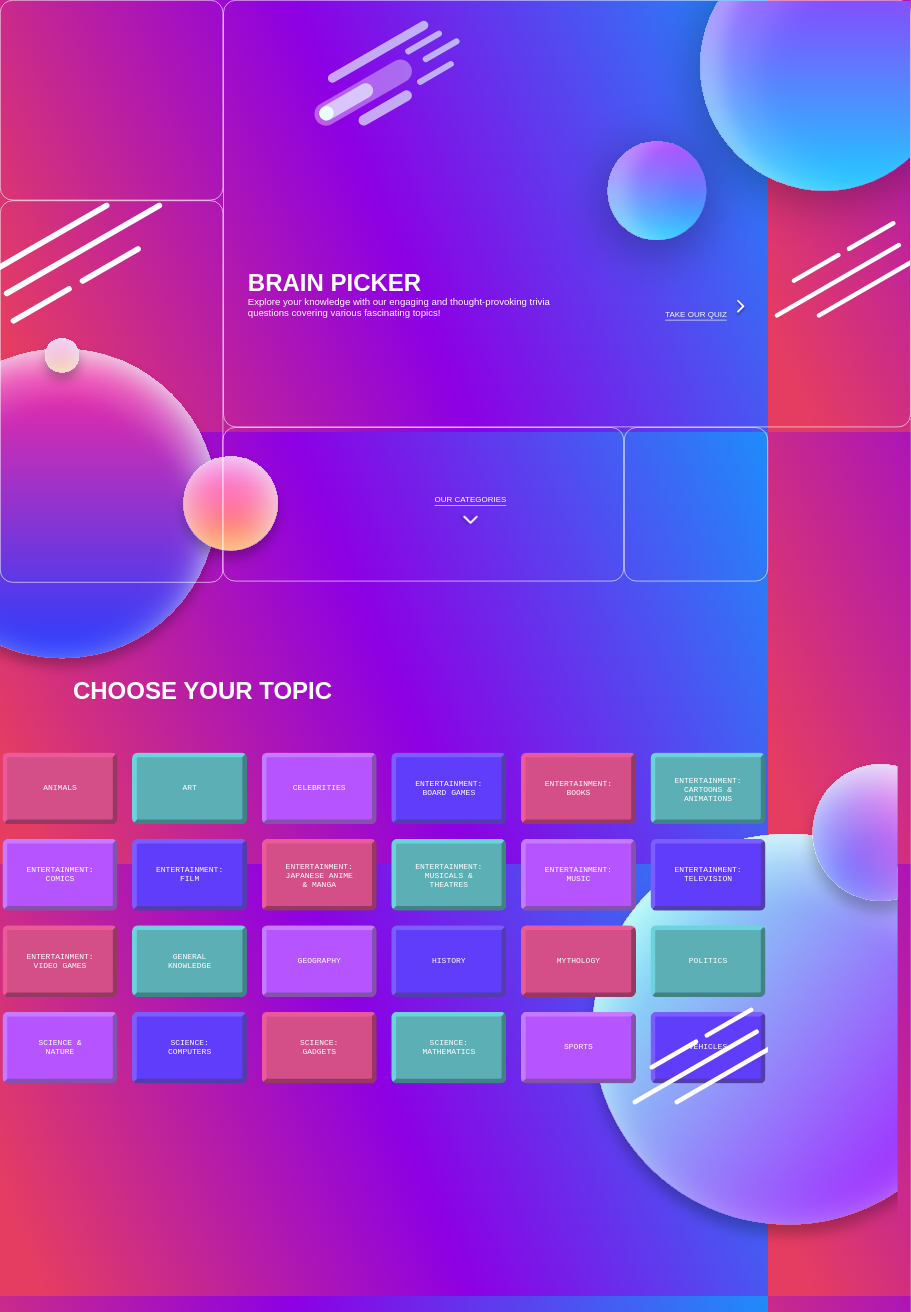
Repository: pjiang604/COMP-2170_Final-Project
Page: index.html
The author's editor kept a copy of each file at every save. The page is drawn from the files as they stood at one save, then again after the next save.
The browser window is 1280 px wide. The page is 1518 px wide, so the pictures cover 1518 px, including what lies to the right of the window. The pictures show the whole page, at 60% of full size.
Backgrounds fixed to the window are drawn as part of the page.

Above is the page before, as saved 2023-04-30 13:41:26.

### index.html
<!DOCTYPE html>
<html lang="en">
  <head>
    <meta charset="UTF-8">
    <meta http-equiv="X-UA-Compatible" content="IE=edge">
    <meta name="viewport" content="width=device-width, initial-scale=1.0">
    <link rel="stylesheet" href="style.css">
    <title> Brain Picker </title>
    <script src="/easy.js"></script>
    <script src="/medium.js"></script>
    <script src="/hard.js"></script>
  </head>
  <body>
    <div class="container">
      <div class="graphic__left">
        <img class="bottom__left_sphere" src="/Assets/bg_graphics/bottom_left_sphere_group.svg" alt="">
        <img class="left__shooting_star" src="/Assets/bg_graphics/shooting_star_left.svg" alt="">
      </div>
      <div class="left__containers">
        <div class="left__container_top"></div>
        <div class="left__container_bottom"></div>
      </div>
      <div class="quiz__container">
        <div class="left__content">
          <h1> BRAIN PICKER </h1>
          <p> Explore your knowledge with our engaging and thought-provoking trivia questions covering various fascinating topics! </p>
        </div>
        <div class="right__content">
          <div class="graphics">
            <img class="shooting__star_top" src="/Assets/bg_graphics/shooting_star_alt.svg" alt="">
            <img class="top__right_sphere" src="/Assets/bg_graphics/top_right_sphere_group.svg" alt="">
            <img class="star__right" src="/Assets/bg_graphics/shooting_star_right.svg" alt="">
          </div>
          <div class="quiz__button">
            <a href="#">
              <button class="take__quiz_button"> TAKE OUR QUIZ </button>
              <img class="quiz__arrow" src="/Assets/buttons/arrow-head.svg" alt="">
            </a>
          </div>
        </div>
      </div>
    </div>
    <div class="bottom__containers">
      <div class="bottom__container_left">
        <a href="#">
          <button class="categories__button"> OUR CATEGORIES </button>
        </a>
        <img class="categories__arrow" src="/Assets/buttons/arrow-head.svg" alt="" width="30px">
      </div>
      <div class="bottom__container_right"></div>
    </div>

    <div class="categories__section">
      <h1 class="topics_header">CHOOSE YOUR TOPIC</h1>

      <div class="categories_container">
        <button class='topic_button1' id="animals">animals</button>
        <button class='topic_button2' id="art">art</button>
        <button class='topic_button3' id="celebrities">celebrities</button>
        <button class='topic_button4' id="board_games">entertainment: board games</button>
        <button class='topic_button1' id="books">entertainment: books</button>
        <button class='topic_button2' id="cartoons_animations">entertainment: cartoons & animations</button>
        <button class='topic_button3' id="comics">entertainment: comics</button>
        <button class='topic_button4' id="film">entertainment: film</button>
        <button class='topic_button1' id="japanese_anime">entertainment: japanese anime & manga</button>
        <button class='topic_button2' id="musicals_theatre">entertainment: musicals & theatres</button>
        <button class='topic_button3' id="music">entertainment: music</button>
        <button class='topic_button4' id="television">entertainment: television</button>
        <button class='topic_button1' id="video_games">entertainment: video games</button>
        <button class='topic_button2' id="general_knwoledge">general knowledge</button>
        <button class='topic_button3' id="geography">geography</button>
        <button class='topic_button4' id="history">history</button>
        <button class='topic_button1' id="mythology">mythology</button>
        <button class='topic_button2' id="politics">politics</button>
        <button class='topic_button3' id="science_nature">science & nature</button>
        <button class='topic_button4' id="computers">science: computers</button>
        <button class='topic_button1' id="gadgets">science: gadgets </button>
        <button class='topic_button2' id="mathematics">science: mathematics</button>
        <button class='topic_button3' id="sports">sports</button>
        <button class='topic_button4' id="vehicles">vehicles</button>
      </div>
      <div class="graphics_bottom">
        <img class="shooting__star_top" src="/Assets/bg_graphics/shooting_star_alt.svg" alt="">
        <img class="bottom_right_sphere" src="/Assets/bg_graphics/bottom_right_sphere_group.svg" alt="">
        <img class="star__right" src="/Assets/bg_graphics/shooting_star_right.svg" alt="">
      </div>
    </div>

  </body>
</html>

### style.css
:root {
	--primary-font: Arial, Helvetica, sans-serif;
	--secondary-font: 'Courier New', Courier, monospace;
	--font-weight-general: normal;
	--font-weight-light: 100;
	--font-weight-bold: bold;
	--font-size-body: 12pt;
	--font-size-heading: 30pt;
	--font-size-sub-heading: 22pt;

	--white: #fff;
	--black: #000000;
	--crimson: #d44f88;
	--crimson-2:#ea5a99;
	--teal:#5CAFB5;
	--teal-2:#6ad3db;
	--indigo:#603CFB;
	--indigo-2:#7a5cff;
	--purple: #B654FF;
	--purple-2:#c57aff;
}

h1 {
	font-size: var(--font-size-heading);
	font-weight: var(--font-weight-bold);
	font-family: var(--primary-font);
}

h2 {
	font-size: var(--font-size-sub-heading);
	font-weight: var(--font-weight-bold);
	font-family: var(--primary-font);
}

p {
	font-size: var(--font-size-body);
	font-weight: var(--font-weight-general);
	font-family: var(--primary-font);
}

* {
	margin: 0;
}

body {
	/* Linear gradient bg */
	background: linear-gradient(247.38deg, #2189FA 0.96%, #8D00E4 50.19%, #E53D62 95.42%);
	min-height: 2000px;
	background-attachment: fixed;
	background-position: center;
	background-repeat: no-repeat;
	background-size: cover;
	max-width: 100%;
}

/**Main container**/
.container {
	display: flex;
}

.bottom__left_sphere {
	position: absolute;
	width: 30rem;
	top: 35rem;
	z-index: -1;
}

.left__shooting_star {
	width: 17rem;
	position: absolute;
	top: 21rem;
}

/**Left containers**/
.left__container_top {
	box-sizing: border-box;
	display: flex;
	width: 372px;
	height: 334px;
	border: 0.25px solid #FFFFFF;
	border-radius: 21px;
}

.left__container_bottom {
	box-sizing: border-box;
	display: flex;
	width: 372px;
	height: 637px;
	border: 0.25px solid #FFFFFF;
	border-radius: 21px;
}

/**Bottom containers**/
.bottom__containers {
	display: flex;
	margin-top: -16.2rem;
	/* justify-content: end; */
	padding-left: 23.2rem;
}

.bottom__container_left {
	box-sizing: border-box;
	display: flex;
	width: 52.8rem;
	height: 257px;
	border: 0.25px solid #FFFFFF;
	border-radius: 21px;
}

.bottom__container_right {
	box-sizing: border-box;
	display: flex;
	width: 303px;
	height: 257px;
	border: 0.25px solid #FFFFFF;
	border-radius: 21px;
}

/**Quiz Section**/
.quiz__container {
	box-sizing: border-box;
	display: flex;
	width: 71.6rem;
	height: 44.5rem;
	border: 0.15px solid #FFFFFF;
	border-radius: 21px;
}

.shooting__star_top {
	position: absolute;
	right: 32rem;
	top: 2rem;
}

.top__right_sphere {
	display: flex;
	justify-content: end;
}

.star__right {
	display: flex;
	position: relative;
	float: right;
	bottom: 8rem;
}

.left__content {
	color: var(--white);
	width: 40rem;
	padding-left: 2.5rem;
	padding-top: 28rem;
}

.take__quiz_button {
	border: none;
	text-decoration: underline;
	text-underline-offset: 5px;
	color: var(--white);
	background: none;
	padding-left: 11rem;
	cursor: pointer;
}

.quiz__button>a {
	text-decoration: none;
}


.categories__button {
	border: none;
	text-decoration: underline;
	text-underline-offset: 5px;
	color: var(--white);
	background: none;
	padding-left: 22rem;
	padding-top: 7rem;
	cursor: pointer;
}

.categories__arrow {
	rotate: 90deg;
	margin-top: 2.5rem;
	position: absolute;
	left: 48rem;
	top: 50.5rem;
}

.bottom__container_left>a {
	text-decoration: none;
}


/** Topics Section **/
.categories__section{
	display: flex;
	flex-direction: column;
	align-items: left;
	justify-content: center;
	margin-top: 10rem;
}
.topics_header{
	color: var(--white);
	margin-left: 7.6rem;
}

.categories_container{
	font-family: var(--secondary-font);
	display: grid;
	grid-template-columns: 12rem 12rem 12rem 12rem 12rem 12rem;
	gap: 1.5rem;
	align-items: center;
	justify-content: center;
	padding-top: 5rem;
}

.topic_button1{
	font-family: var(--secondary-font);
	border-width: .5rem;
	height: 7.5rem;
    color: var(--white);
    border-radius: 0.656rem;
    background-color: var(--crimson);
    border-color: var(--crimson-2);
	padding: 2rem;
	text-transform: uppercase;

}

.topic_button2{
	font-family: var(--secondary-font);
	background-color: var(--teal);
	height: 7.5rem;
	color: var(--white);
	border-radius: 0.656rem;
	border-color: var(--teal-2);
	border-width: .5rem;
	text-transform: uppercase;
	padding: 2rem;
}
.topic_button3{
	font-family: var(--secondary-font);
	background-color:var(--purple);
	height: 7.5rem;
	color: var(--white);
	border-radius: 0.656rem;
	border-color:var(--purple-2);
	border-width: .5rem;
	text-transform: uppercase;
	padding: 2rem;
}
.topic_button4{
	font-family: var(--secondary-font);
	background-color:var(--indigo);
	height: 7.5rem;
	color: var(--white);
	border-radius: 0.656rem;
	border-color: var(--indigo-2);
	border-width: .5rem;
	text-transform: uppercase;
	padding: 2rem;
}

.bottom_right_sphere{
	position: absolute;
	width: 40rem;
	left: 53.5rem;
	top: 70rem;
	z-index: -1;
}

Loaded but not shown: easy.js (no stored copy; drawn as an empty file); medium.js (no stored copy; drawn as an empty file); hard.js (no stored copy; drawn as an empty file)

After the next save:
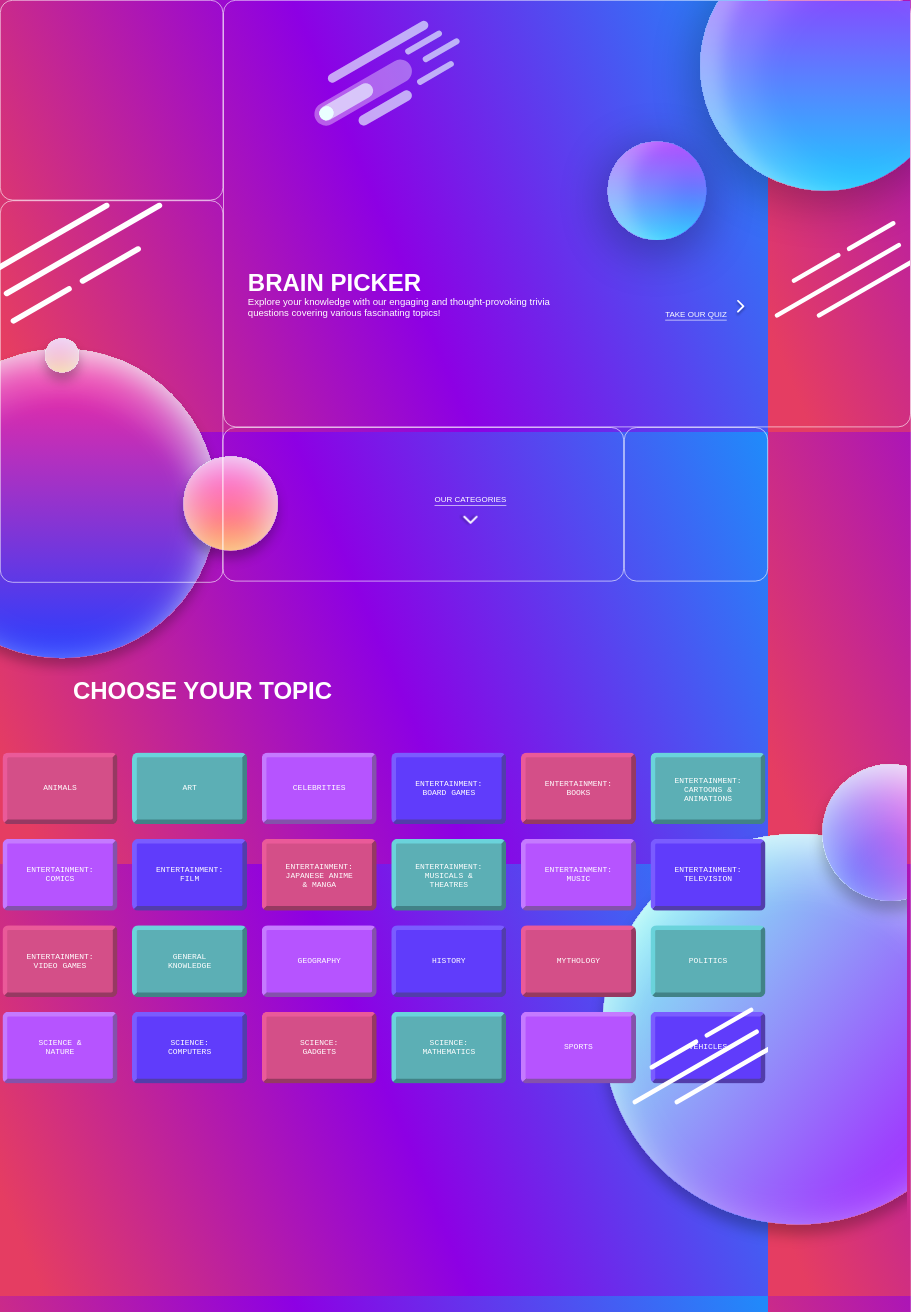
Saved 5 s later.
--- a/style.css
+++ b/style.css
@@ -263,7 +263,7 @@ body {
 .bottom_right_sphere{
 	position: absolute;
 	width: 40rem;
-	left: 53.5rem;
+	left: 54.5rem;
 	top: 70rem;
 	z-index: -1;
 }
